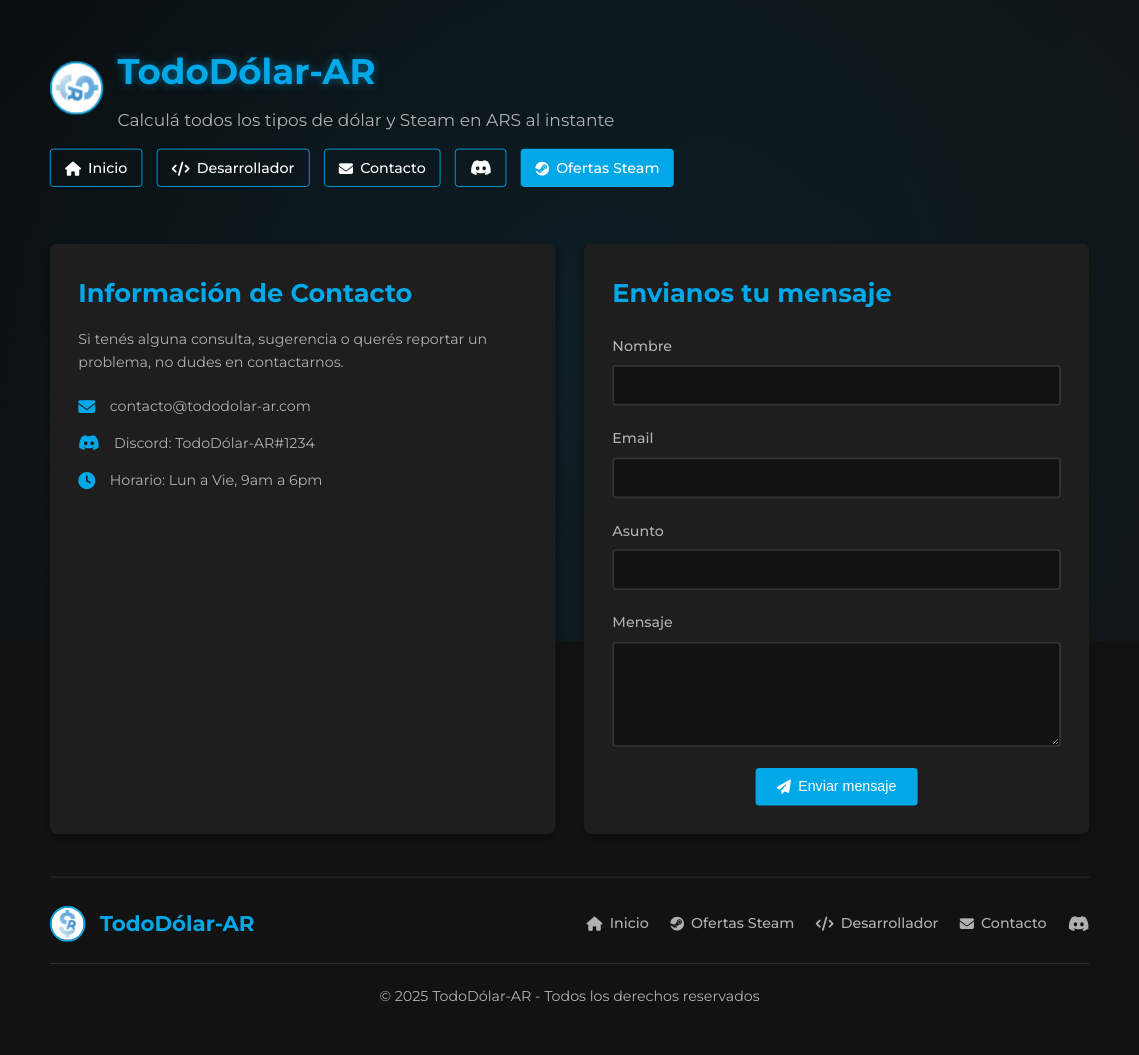
Repository: FabriDevelope/todod-lar-ar
Page: contacto/index.html
These files come from the project's save history. The page is drawn as it stood at one moment and after the next save; the edit follows.
The browser window is 1280 px wide. The pictures show the whole page, at 89% of full size.

Above is the page before, as saved 2025-09-06 21:39:26.
Console error: TypeError: Cannot read properties of null (reading 'addEventListener')

After the next save:
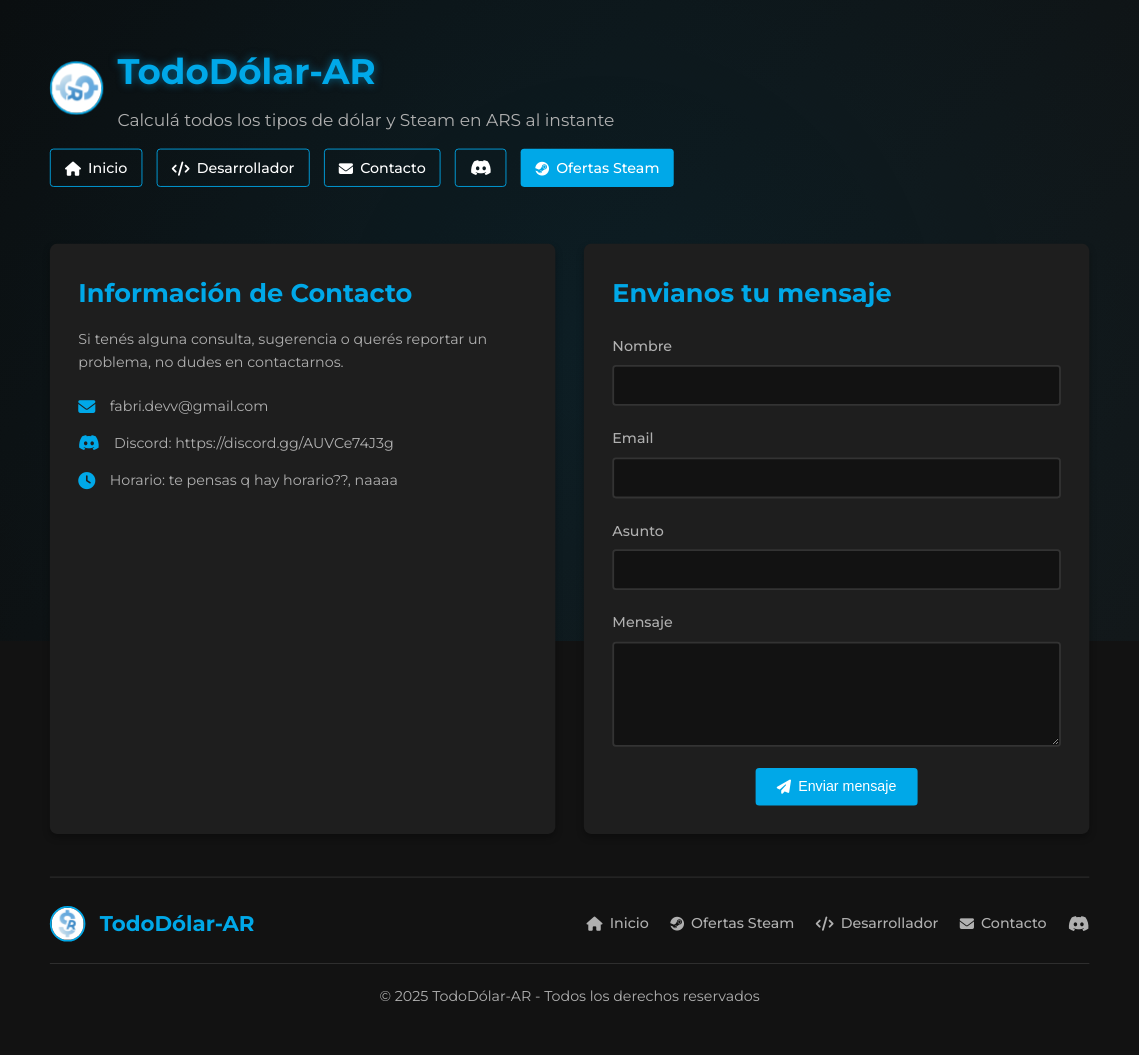
Saved 118 s later.
--- a/contacto/index.html
+++ b/contacto/index.html
@@ -53,15 +53,15 @@
                     <div class="contact-details">
                         <div class="contact-item">
                             <i class="fas fa-envelope"></i>
-                            <span>contacto@tododolar-ar.com</span>
+                            <span>fabri.devv@gmail.com</span>
                         </div>
                         <div class="contact-item">
                             <i class="fab fa-discord"></i>
-                            <span>Discord: TodoDólar-AR#1234</span>
+                            <span>Discord: https://discord.gg/AUVCe74J3g</span>
                         </div>
                         <div class="contact-item">
                             <i class="fas fa-clock"></i>
-                            <span>Horario: Lun a Vie, 9am a 6pm</span>
+                            <span>Horario: te pensas q hay horario??, naaaa</span>
                         </div>
                     </div>
                 </div>
